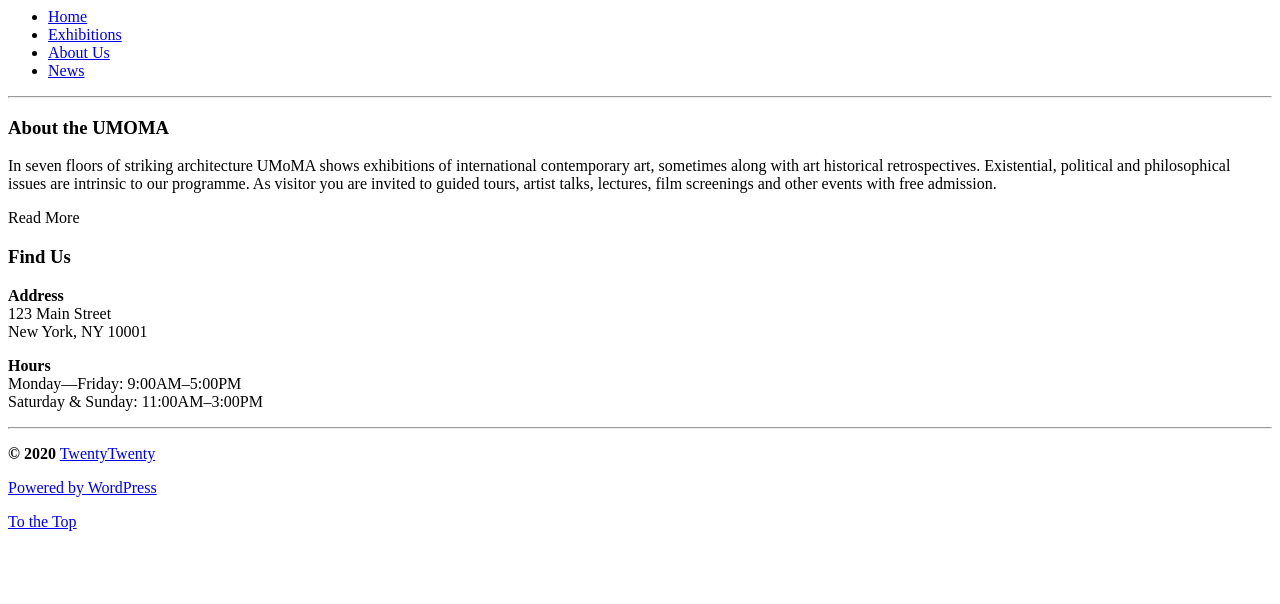
Repository: MutinyGroup/theme
Page: block-template-parts/footer.html
These files come from the project's save history. The page is drawn as it stood at one moment and after the next save; the edit follows.
The browser window is 1280 px wide. The pictures show the whole page.

Above is the page before, as saved 2023-06-19 14:34:29.

### block-template-parts/footer.html
<!-- wp:columns {"align":"wide","className":"footer-top"} -->
<div class="wp-block-columns alignwide footer-top"><!-- wp:column {"width":63} -->
<div class="wp-block-column" style="flex-basis:63%"><!-- wp:list {"className":"footer-menu reset-list-style"} -->
<ul class="footer-menu reset-list-style"><li><a href="/">Home</a></li><li><a href="/exhibitions">Exhibitions</a></li><li><a href="/about">About Us</a></li><li><a href="http://news">News</a></li></ul>
<!-- /wp:list --></div>
<!-- /wp:column -->

<!-- wp:column {"width":37} -->
<div class="wp-block-column" style="flex-basis:37%"><!-- wp:social-links {"align":"right","className":"social-icons footer-social"} -->
<ul class="wp-block-social-links alignright social-icons footer-social"><!-- wp:social-link-wordpress {"url":""} /-->

<!-- wp:social-link-facebook {"url":"facebook.com/wordpress"} /-->

<!-- wp:social-link-twitter {"url":"twitter.com/wordpress"} /-->

<!-- wp:social-link-instagram {"url":"https://www.instagram.com/explore/tags/wordcamp/"} /-->

<!-- wp:social-link-mail {"url":"mailto:wordpress@example.com"} /-->

<!-- wp:social-link-mail /--></ul>
<!-- /wp:social-links --></div>
<!-- /wp:column --></div>
<!-- /wp:columns -->

<!-- wp:separator {"className":"is-style-wide"} -->
<hr class="wp-block-separator is-style-wide"/>
<!-- /wp:separator -->

<!-- wp:columns {"align":"wide"} -->
<div class="wp-block-columns alignwide"><!-- wp:column {"className":"widget_text"} -->
<div class="wp-block-column widget_text"><!-- wp:heading {"level":3} -->
<h3>About the UMOMA</h3>
<!-- /wp:heading -->

<!-- wp:paragraph {"className":"widget-content widget-text"} -->
<p class="widget-content widget-text">In seven floors of striking architecture UMoMA shows exhibitions of international contemporary art, sometimes along with art historical retrospectives. Existential, political and philosophical issues are intrinsic to our programme. As visitor you are invited to guided tours, artist talks, lectures, film screenings and other events with free admission.</p>
<!-- /wp:paragraph -->

<!-- wp:buttons -->
<div class="wp-block-buttons"><!-- wp:button {"textColor":"accent","customBackgroundColor":"#ffffff","className":"is-style-outline"} -->
<div class="wp-block-button is-style-outline"><a class="wp-block-button__link has-text-color has-accent-color has-background" style="background-color:#ffffff">Read More</a></div>
<!-- /wp:button --></div>
<!-- /wp:buttons --></div>
<!-- /wp:column -->

<!-- wp:column {"className":"widget_text"} -->
<div class="wp-block-column widget_text"><!-- wp:heading {"level":3} -->
<h3>Find Us</h3>
<!-- /wp:heading -->

<!-- wp:paragraph {"className":"widget-content"} -->
<p class="widget-content"><strong>Address</strong><br>123 Main Street<br>New York, NY 10001</p>
<!-- /wp:paragraph -->

<!-- wp:paragraph {"className":"widget-content"} -->
<p class="widget-content"><strong>Hours</strong><br>Monday—Friday: 9:00AM–5:00PM<br>Saturday &amp; Sunday: 11:00AM–3:00PM</p>
<!-- /wp:paragraph --></div>
<!-- /wp:column --></div>
<!-- /wp:columns -->

<!-- wp:separator {"className":"is-style-wide"} -->
<hr class="wp-block-separator is-style-wide"/>
<!-- /wp:separator -->

<!-- wp:columns {"align":"wide"} -->
<div class="wp-block-columns alignwide"><!-- wp:column {"width":66.66,"className":"footer-credits"} -->
<div class="wp-block-column footer-credits" style="flex-basis:66.66%"><!-- wp:paragraph -->
<p><strong>© 2020</strong> <a href="https://combative-cheetah.jurassic.ninja/">TwentyTwenty</a></p>
<!-- /wp:paragraph -->

<!-- wp:paragraph {"className":"powered-by-wordpress"} -->
<p class="powered-by-wordpress"><a href="https://wordpress.org">Powered by WordPress</a></p>
<!-- /wp:paragraph --></div>
<!-- /wp:column -->

<!-- wp:column {"width":33.33} -->
<div class="wp-block-column" style="flex-basis:33.33%">
	<!-- wp:paragraph {"align":"right"} -->
	<p class="has-text-align-right"><a href="#site-title">To the Top</a></p>
	<!-- /wp:paragraph -->
</div>
<!-- /wp:column --></div>
<!-- /wp:columns -->

After the next save:
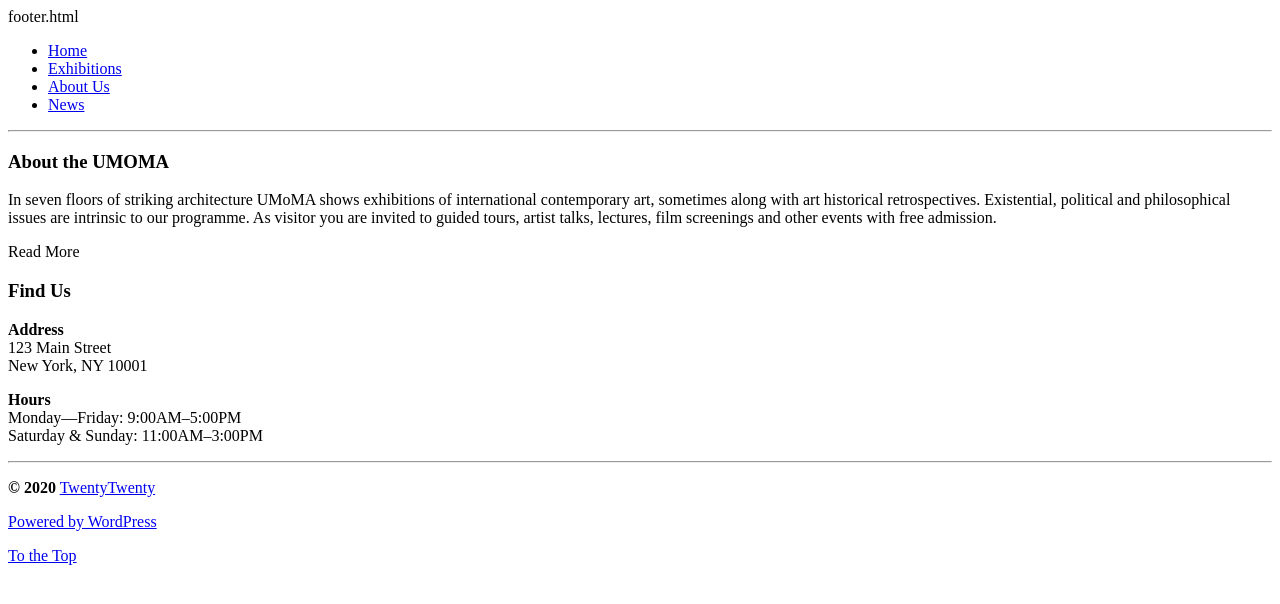
Saved 2 min 6 s later.
--- a/block-template-parts/footer.html
+++ b/block-template-parts/footer.html
@@ -1,3 +1,4 @@
+footer.html
 <!-- wp:columns {"align":"wide","className":"footer-top"} -->
 <div class="wp-block-columns alignwide footer-top"><!-- wp:column {"width":63} -->
 <div class="wp-block-column" style="flex-basis:63%"><!-- wp:list {"className":"footer-menu reset-list-style"} -->
